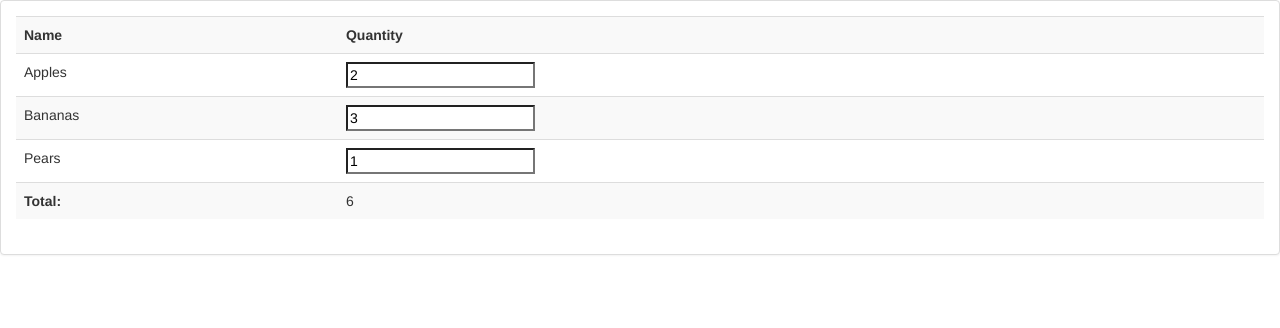
Repository: chisun-joung/workplace
Page: angularJS/WebContent/Chap17_CustomDirective/P520_Controller.html
An editor plug-in stored every save of this project. The page is shown before and after the next save, followed by the edit.
The browser window is 1280 px wide. The pictures show the whole page.
Some web libraries are served in a nearby version.

Above is the page before, as saved 2016-12-01 02:36:37.

After the next save:
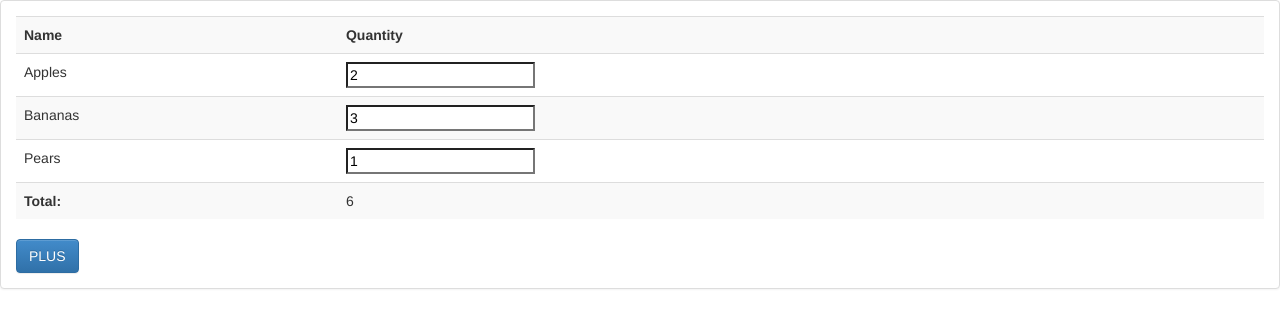
Saved 18 s later.
--- a/angularJS/WebContent/Chap17_CustomDirective/P520_Controller.html
+++ b/angularJS/WebContent/Chap17_CustomDirective/P520_Controller.html
@@ -35,7 +35,7 @@
                 	$scope.update();
                 },
                 compile: function(element,attrs,atrnsFn){
-                	var tn = angular.element('<button>');
+                	var btn = angular.element('<button>');
                 	btn.text("PLUS");
                 	btn.addClass('btn btn-primary');
                 	element.parent().append(btn);
